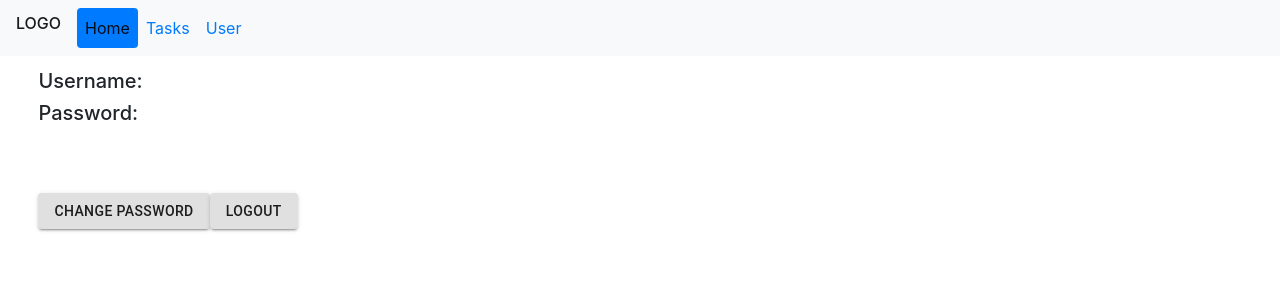
Repository: lalji-yadav/Nimapinfotech-demo-project
Page: /user
An editor plug-in stored every save of this project. The page is shown before and after the next save, followed by the edit.
The browser window is 1280 px wide. The pictures show the whole page.
The project was rebuilt for these pictures with package versions that can differ from the ones it lists, and the page was loaded fresh each time. Also part of the build but not shown: src/components/Home.js, src/components/Tasks.js, src/components/Login.js.

Above is the page before, as saved 2021-01-17 19:47:58.

After the next save:
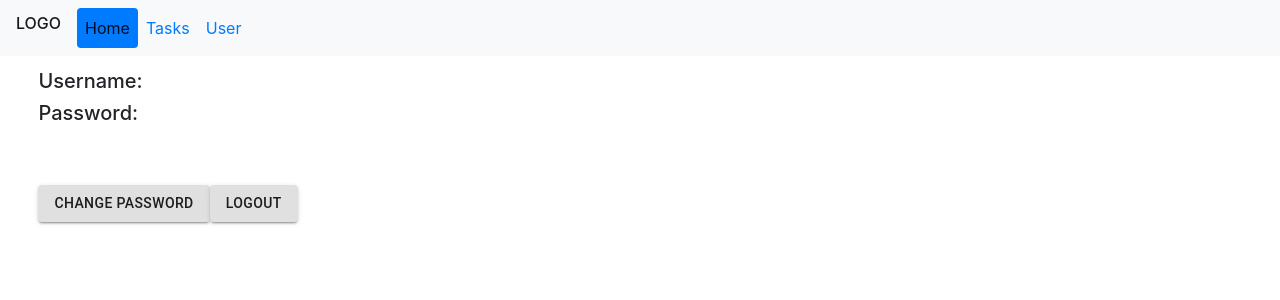
Saved 32 s later.
--- a/src/components/Users.js
+++ b/src/components/Users.js
@@ -5,7 +5,7 @@ import  "../App.css";
 const User=()=> {
 
         return (
-            <div style={{padding:"1% 3% 3% 3%"}}>
+            <div style={{padding:"1% 15% 3% 3%"}}>
                 <div className="row" c>
                     <div className="col-sm-5">
                         <h5>Username:</h5> <span> </span>
